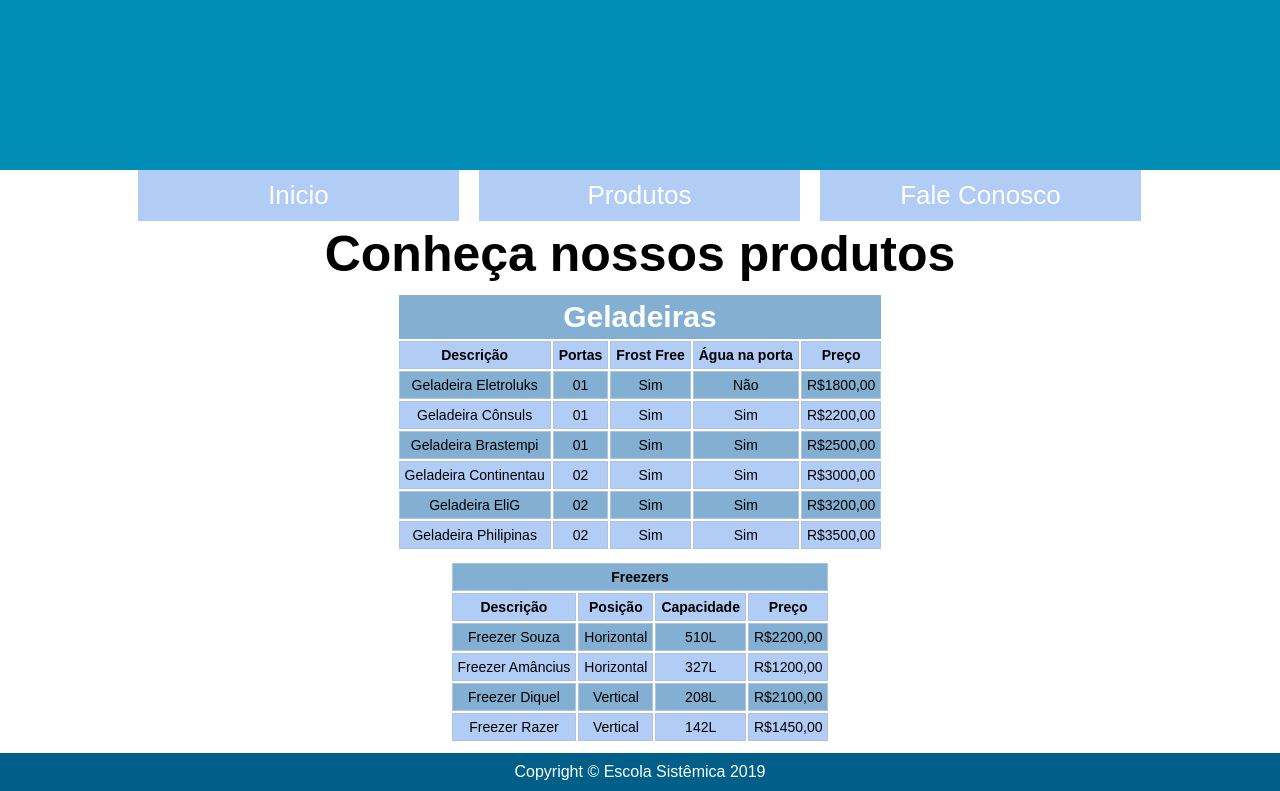
Repository: mateusalecrin/projeto-trilha-web
Page: ProjetoTrilhaWeb/WebContent/pages/site/produtos.html
These files come from the project's save history. The page is drawn as it stood at one moment and after the next save; the edit follows.
The browser window is 1280 px wide. The pictures show the whole page.

Above is the page before, as saved 2023-03-08 12:39:50.

After the next save:
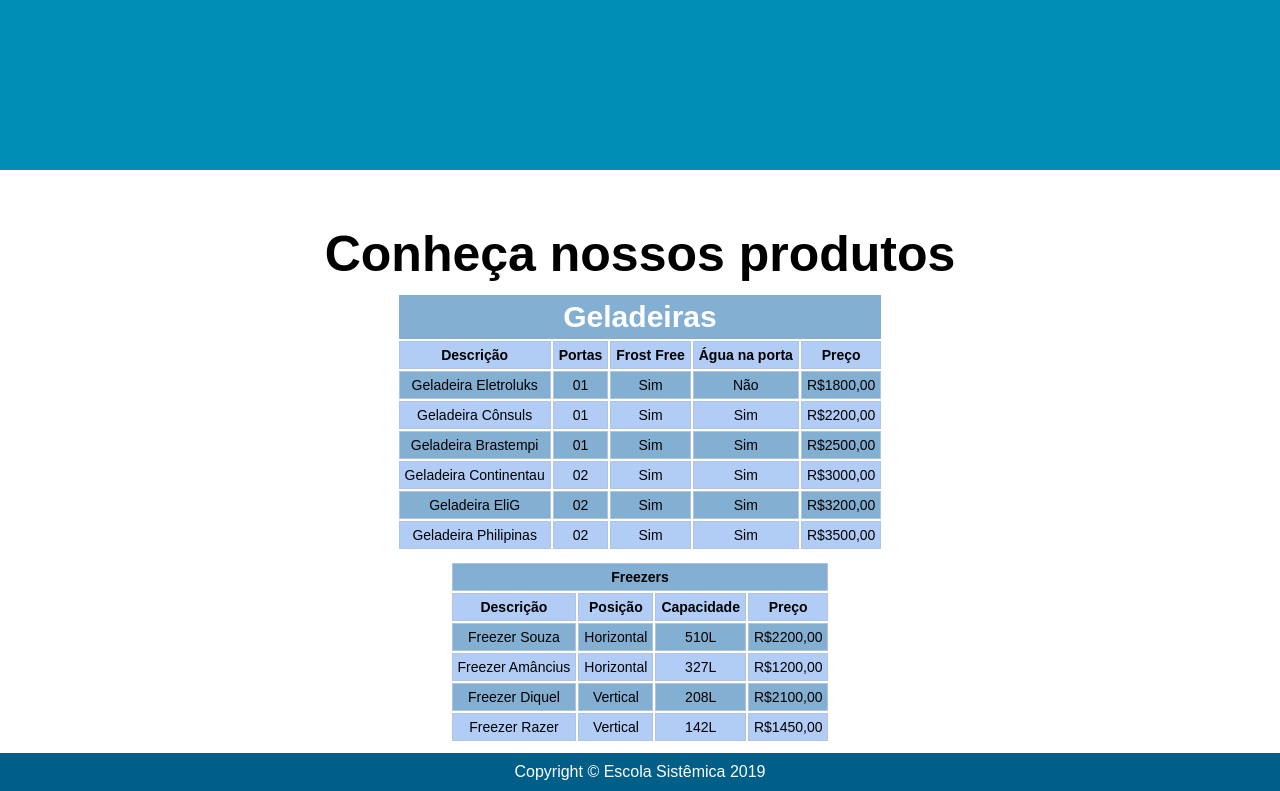
Saved 13 s later.
--- a/ProjetoTrilhaWeb/WebContent/pages/site/produtos.html
+++ b/ProjetoTrilhaWeb/WebContent/pages/site/produtos.html
@@ -11,11 +11,7 @@
 		</head>
 	<body>
 	<header></header>
-	<nav>
-		<a href="../../index.html"><div class="opcao">Inicio</div></a> <a
-			href="produtos.html"><div class="opcao">Produtos</div></a> <a
-			href="faleconosco.html"><div class="opcao">Fale Conosco</div></a>
-	</nav>
+	<nav></nav>
 	<section>
 		<h2>Conheça nossos produtos</h2>
 		<table class="tabelaProdutos">
